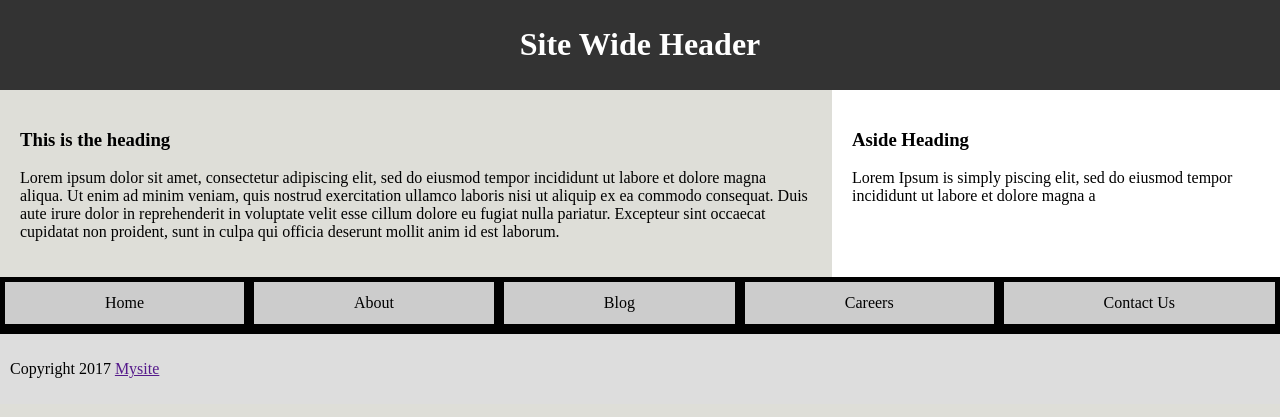
Repository: ayeza-baseer/AssignmentFlexbox
Page: assignment.html
An editor plug-in stored every save of this project. The page is shown before and after the next save, followed by the edit.
The browser window is 1280 px wide. The pictures show the whole page.

Above is the page before, as saved 2023-03-17 16:42:09.

### assignment.html
<!DOCTYPE html>
<html lang="en">
<head>
    <title>Assignment</title>
    <link rel="stylesheet" href="assignment.css">


</head>
<body>
<div class="main-class">
    <header class="header"><h1>
        Site Wide Header
    </h1></header>
    <div class="navbar">
        <a href="#">Home</a>
        <a href="#">About</a>
        <a href="#">Blog</a>
        <a href="#">Careers</a>
        <a href="#">Contact Us</a>
      </div>
    <div class="row">
      <div class="main">
        <h3>This is the heading</h3>
        <p>Lorem ipsum dolor sit amet, consectetur adipiscing elit, sed do eiusmod tempor incididunt ut labore et dolore magna aliqua. Ut enim ad minim veniam, quis nostrud exercitation ullamco laboris nisi ut aliquip ex ea commodo consequat. Duis aute irure dolor in reprehenderit in voluptate velit esse cillum dolore eu fugiat nulla pariatur. Excepteur sint occaecat cupidatat non proident, sunt in culpa qui officia deserunt mollit anim id est laborum.</p>
      </div>
      <div class="aside">
        <h3>Aside Heading</h3>
        <p>Lorem Ipsum is simply  piscing elit, sed do eiusmod tempor incididunt ut labore et dolore magna a</p>
      </div>
    </div>


</div>



<footer class="footer">
    <p>Copyright 2017 <a href> Mysite</a></p>
</footer>

</body>
</html>

### assignment.css
.header {
    padding: 5px;
    background-color: #333;
    color: #ccc;

    text-align: center;

    color: white;
  }

  body {
    margin: 0;
    background-color: #deded8;

  }
  .main-class{
    display: flex;
    flex-direction:column;
  }
  .navbar {
    display: flex;
    background-color: black;
  }

  .navbar a {
    color: black;

    background-color: #ccc;
    padding: 12px 12px;
    text-decoration: none;
    text-align: center;
    flex-grow: 1;
    border: 5px solid black;
  }

  .navbar a:hover {
    color: red;
    border: 5px solid red;
  }

  .row {
    display: flex;
    flex-wrap:wrap;

  }

  .row > .aside {
      flex:30%;
    background-color: white;

    padding: 20px;
  }

  /* Main column */
  .row >.main {
     flex:60%;
    padding: 20px;
  }

  .footer {

      padding: 10px;
      border-top: 5px solid black;
      background: #ddd;
    }




    @media  screen and (max-width: 700px) {
      .row > .aside {
          flex:1 1 100%
        }
        .row >.main {
          flex:1 1 100%;
          padding: 20px;
        }
        /* .navbar{
          display: none;
        } */
    }

    @media screen and (min-width: 421px) {
      .navbar{
          order:1
        }
    }

After the next save:
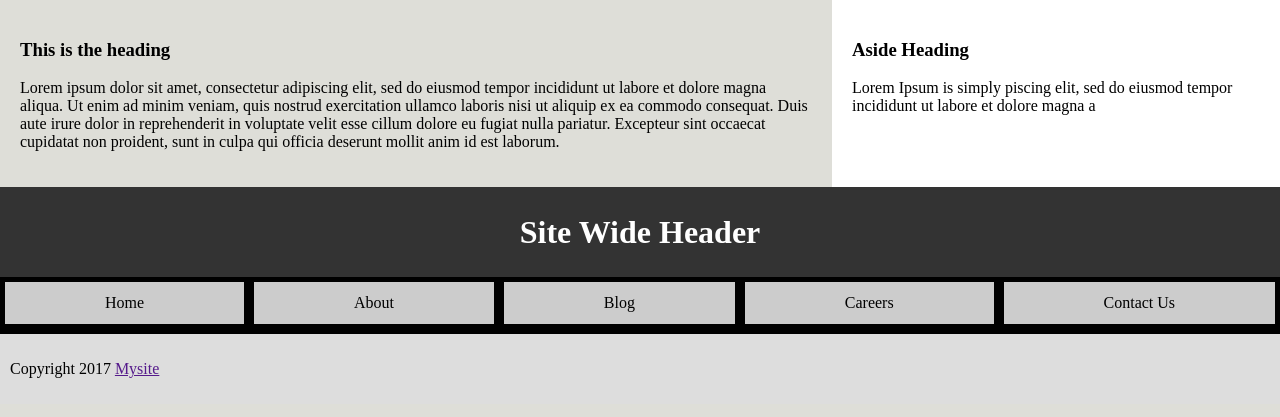
Saved 66 s later.
--- a/assignment.css
+++ b/assignment.css
@@ -2,7 +2,7 @@
     padding: 5px;
     background-color: #333;
     color: #ccc;
-
+    order:1;
     text-align: center;
 
     color: white;
